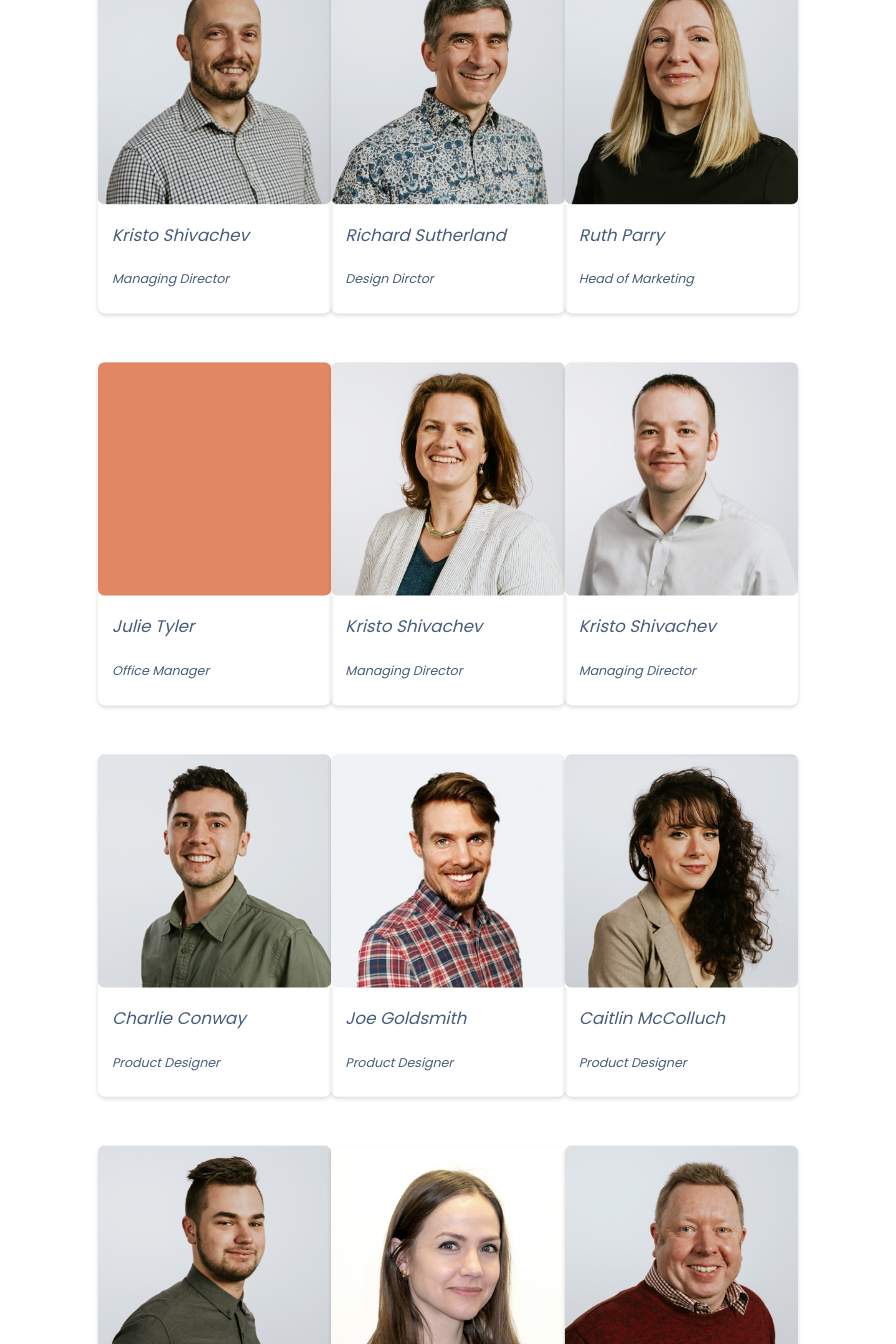
Repository: cobyfoster99/User-Centric-frontend-project
Page: about.html
The author's editor kept a record of every edit. The page is drawn from the files as they stood at one moment, then again after the next edit.
The browser window is 1280 px wide. The pictures show the part of the page from y = 1294 to 3214 px (the page is 4635 px tall), at 70% of full size.
Some web libraries are served in a nearby version.

Above is the page before.

After the next edit:
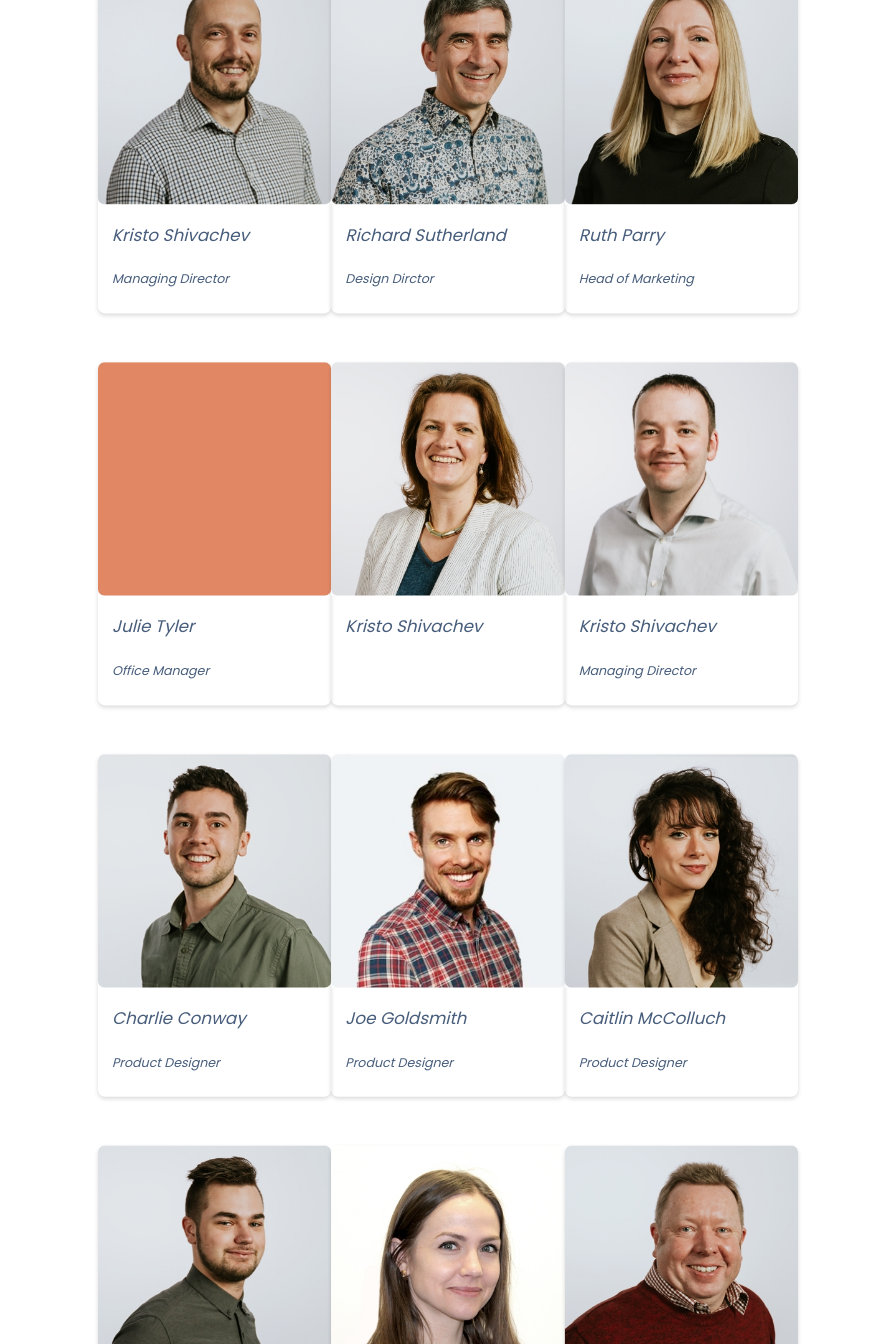
The edit:
--- a/about.html
+++ b/about.html
@@ -89,7 +89,7 @@
                 <div class="meet-the-team-box">
                     <img class="meet-the-team-img" src="./assets/media-library/Barker1.jpg"></img>
                     <h4 class="meet-the-team-h4">Kristo Shivachev</h4>
-                    <h5 class="meet-the-team-h5">Managing Director</h5>
+                    <h5 class="meet-the-team-h5"Patent Attorney</h5>
                 </div>
 
                 <div class="meet-the-team-box">
